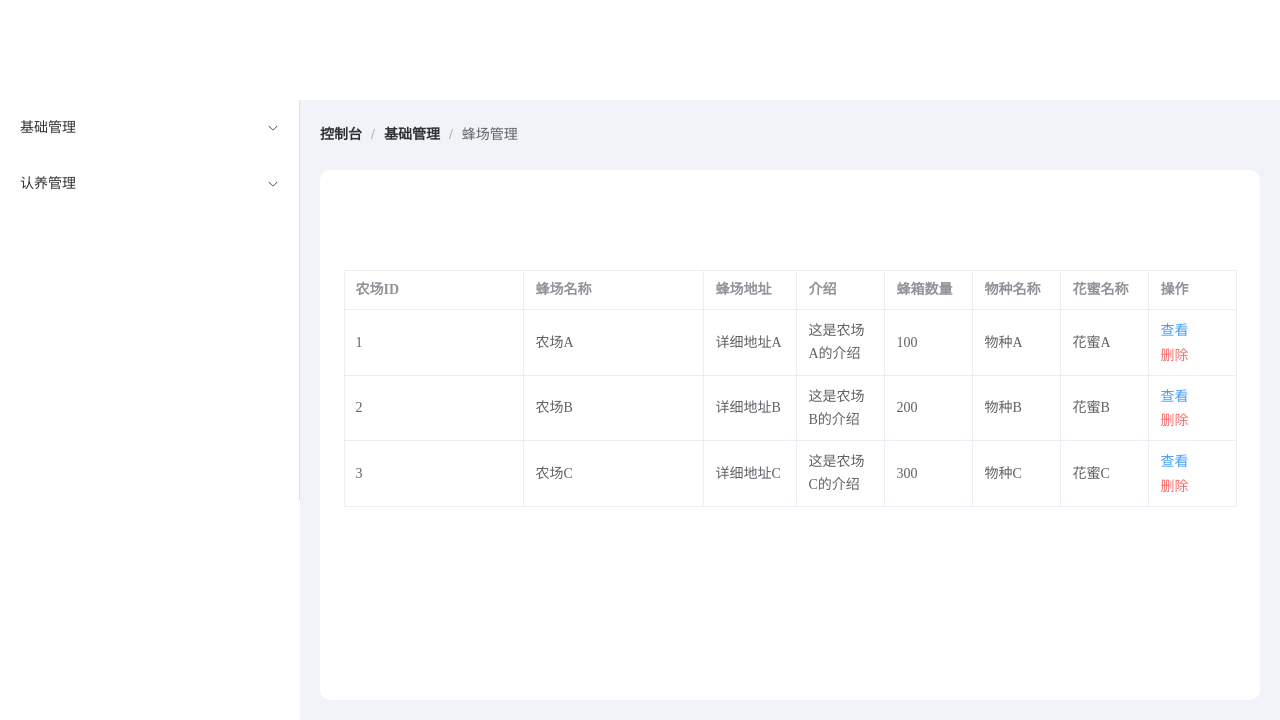
Repository: secret47/test-office-demo
Page: /dashboard/basic/farm
The author's editor kept a copy of each file at every save. The page is drawn from the files as they stood at one save, then again after a run of saves.
The browser window is 1280 px wide. The pictures show the whole page.
The project was rebuilt for these pictures with package versions that can differ from the ones it lists, and the page was loaded fresh each time. Also part of the build but not shown: vite.config.js.

Above is the page before, as saved 2024-10-29 14:00:34.

### src/main.js
import { createApp } from 'vue'
import '@/style/main.scss'
import App from './App.vue'
import router from './router'

import lang from "./local"


import ElementPlus from "element-plus";
import 'element-plus/dist/index.css'
import * as ElementPlusIconsVue from '@element-plus/icons-vue'

const app = createApp(App);

for (const [key, component] of Object.entries(ElementPlusIconsVue)) {
    app.component(key, component)
}

app.use(lang)
app.use(ElementPlus)
app.use(router)
app.mount('#app')

### src/style/main.scss
* {
    padding: 0;
    margin: 0;
}

html,
body {
    width: 100%;
    height: 100%;
    background: #ffffff;
}

#app {
    width: 100%;
    height: 100%;
}

.main-container {
    width: 100%;
    height: 100%;
}

//顶部搜索
.searchBox {
    width: 100%;
    height: 100px;
}
.list{
    width:95%;
    height: calc(100% - 100px);
    margin:0 auto;
}

### src/App.vue
<template>
  <!-- <div> -->
    <router-view />
  <!-- </div> -->
</template>

### src/router/index.js
import { createRouter, createWebHistory } from 'vue-router'
import layouts from "../layouts/index.vue"

const routes = [
    {
        path: '/',
        name: 'Login',
        component: () => import('@/views/login.vue'),
    },
    // 其他路由...
    {
        path: "/dashboard",
        name: "Dashboard",
        component: layouts,
        meta: {
            title: "控制中心"
        },
        children: [
            {
                path: "basic",
                name: "Basic",
                meta: {
                    title: "基础管理"
                },
                component: () => import("@/views/dashboard/basic/index.vue"),
                children: [
                    {
                        path: "farm",
                        name: "farm",
                        meta: {
                            title: "蜂场管理"
                        },
                        component: () => import("@/views/dashboard/basic/farm/index.vue"),
                    }
                ]

            }
        ]
    }
]

const router = createRouter({
    history: createWebHistory(),
    routes
})

export default router

### src/local/index.js
import { createI18n } from "vue-i18n";

import message from "./language"
const i18n = createI18n({
    locale: "zh",
    fallbackLocale: "zh",
    messages: message
})

export default i18n;

### src/layouts/index.vue
<template>
    <div class="layout">
        <el-container>
            <el-aside width="300px" class="side">
                <div class="logo"></div>
                <MenuComponent />
            </el-aside>
            <el-container class="container">
                <el-header>
                    <el-icon @click="toggleCollapse" class="toggle-icon">
                        <i class="toggle-icon-class"></i>
                    </el-icon>
                </el-header>
                <el-main>
                    <div class="bread">
                        <el-breadcrumb separator="/">
                            <el-breadcrumb-item :to="{ path: '/' }">控制台</el-breadcrumb-item>
                            <el-breadcrumb-item><a href="/">基础管理</a></el-breadcrumb-item>
                            <el-breadcrumb-item>蜂场管理</el-breadcrumb-item>
                        </el-breadcrumb>
                    </div>
                    <div class="main">
                        <router-view></router-view>
                    </div>
                </el-main>
            </el-container>
        </el-container>
    </div>
</template>

<script setup>
import MenuComponent from "./components/menu.vue"
import { ref } from 'vue';
const isCollapse = ref(false);
const toggleCollapse = () => {
    isCollapse.value = !isCollapse.value;
};
</script>

<style lang="scss" scoped>
.layout {
    width: 100%;
    height: 100%;

    .el-container {
        width: 100%;
        height: 100%;
    }

    .side {
        height: 100%;

        .logo {
            width: 100%;
            height: 100px;
        }
    }

    .container {
        width: calc(100% - 300px);
        height: 100%;

        .el-header {
            width: 100%;
            height: 100px;
            background: #ffffff;
        }

        .el-main {
            background: #F2F3F8;
            padding-top: 0;
            .bread {
                width: 100%;
                height: 70px;
                display: flex;
                flex-direction: column;
                justify-content: center;
            }

            .main {
                width: 100%;
                height: calc(100% - 70px);
                background: #ffffff;
                border-radius: 10px;
            }
        }
    }
}
</style>

### src/views/dashboard/basic/index.vue
<script setup lang="ts">
import { RouterView } from 'vue-router';
</script>

<template>
    <RouterView></RouterView>
</template>

### src/views/dashboard/basic/farm/index.vue
<template>
    <div class="main-container">
        <div class="searchBox">

        </div>
        <div class="list">
            <el-table border :data="farmList"> <el-table-column prop="farmId" label="农场ID" width="180"></el-table-column>
            <el-table-column prop="farmName" label="蜂场名称" width="180"></el-table-column>
            <el-table-column prop="address" label="蜂场地址"></el-table-column>
            <el-table-column prop="introduce" label="介绍"></el-table-column>
            <el-table-column prop="hiveNums" label="蜂箱数量"></el-table-column>
            <el-table-column prop="speciesName" label="物种名称"></el-table-column>
            <el-table-column prop="nectarName" label="花蜜名称"></el-table-column>
            <el-table-column label="操作">
                <template #default="scope">
                    <el-link type="primary">查看</el-link>
                    &nbsp;
                    <el-link type="danger">删除</el-link>
                </template>
            </el-table-column>
        </el-table>
        </div>
    </div>
</template>
<script setup>
import { ref, reactive } from "vue"

const farmList = reactive([
    {
        farmId: "1",
        farmName: "农场A",
        provice: "省份A",
        city: "城市A",
        district: "区域A",
        address: "详细地址A",
        introduce: "这是农场A的介绍",
        hiveNums: "100",
        speciesName: "物种A",
        nectarName: "花蜜A",
        lng: "123.456",
        lat: "78.910"
    },
    {
        farmId: "2",
        farmName: "农场B",
        provice: "省份B",
        city: "城市B",
        district: "区域B",
        address: "详细地址B",
        introduce: "这是农场B的介绍",
        hiveNums: "200",
        speciesName: "物种B",
        nectarName: "花蜜B",
        lng: "123.457",
        lat: "78.911"
    },
    {
        farmId: "3",
        farmName: "农场C",
        provice: "省份C",
        city: "城市C",
        district: "区域C",
        address: "详细地址C",
        introduce: "这是农场C的介绍",
        hiveNums: "300",
        speciesName: "物种C",
        nectarName: "花蜜C",
        lng: "123.458",
        lat: "78.912"
    }
])

</script>

### src/local/language/index.js
import zh from "./zh"
import en from "./en"

export default {
    ...en,
    ...zh
}

### src/layouts/components/menu.vue
<template>
    <el-menu class="menu">
        <el-sub-menu index="1" :collapse="isCollapse">
            <template #title>基础管理</template>
            <el-menu-item index="1-1">蜂场管理</el-menu-item>
            <el-menu-item index="1-2">蜂箱管理</el-menu-item>
        </el-sub-menu>
        <el-sub-menu index="2">
            <template #title>认养管理</template>
            <el-menu-item index="2-1">认养设置</el-menu-item>
        </el-sub-menu>
    </el-menu>
</template>

<script setup>
import { ref } from 'vue';
const isCollapse = ref(false);
</script>

<style lang="scss" scoped>
.menu:not(.el-menu--collapse) {
    width: 300px;
    min-height: 400px;
}
</style>

### src/local/language/zh.js
export default{
    zh:{
        title:"后台管理系统",
        login:"登录",
        username:"用户名",
        password:"密码",
        remember:"记住密码",
        forget:"忘记密码",
    }
}

### src/local/language/en.js
export default{
    en:{
        title:"system management"
    }
}

Loaded but not shown: index.html (common file)

After the next 2 saves:
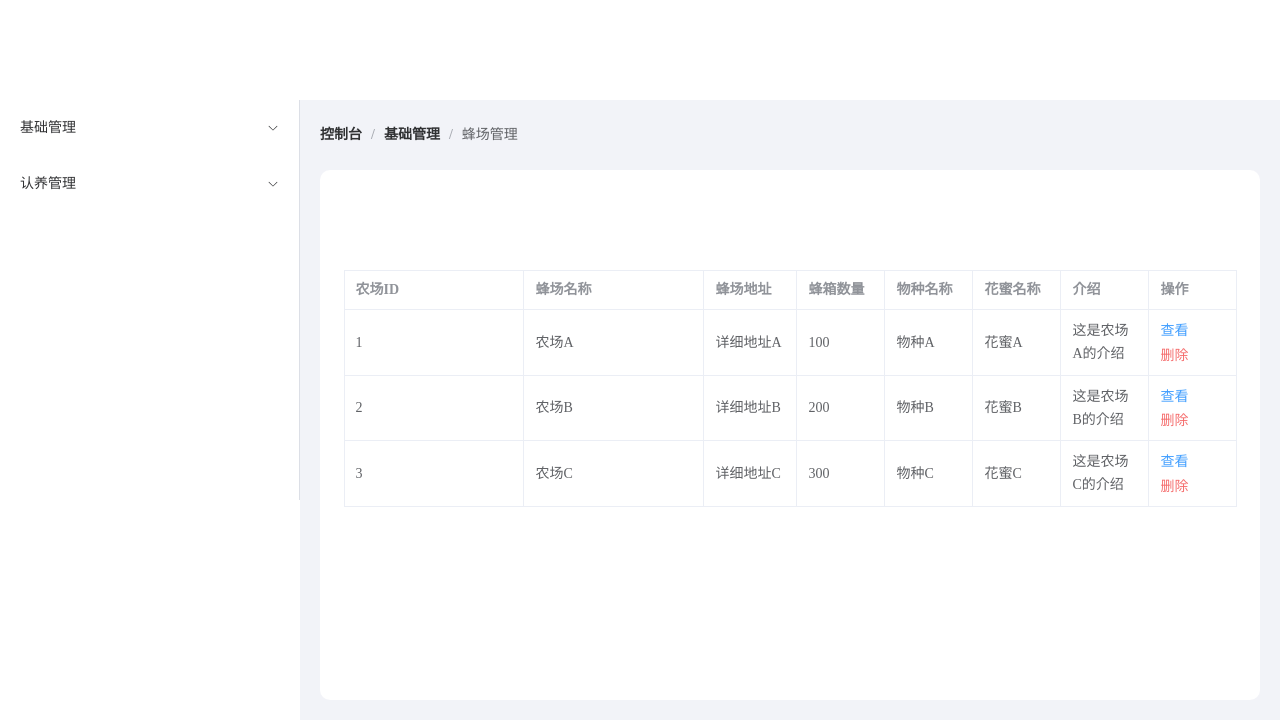
The 2 saves are shown as one change because they came seconds apart.
The last was saved 18 s later.
--- a/src/views/dashboard/basic/farm/index.vue
+++ b/src/views/dashboard/basic/farm/index.vue
@@ -4,21 +4,22 @@
 
         </div>
         <div class="list">
-            <el-table border :data="farmList"> <el-table-column prop="farmId" label="农场ID" width="180"></el-table-column>
-            <el-table-column prop="farmName" label="蜂场名称" width="180"></el-table-column>
-            <el-table-column prop="address" label="蜂场地址"></el-table-column>
-            <el-table-column prop="introduce" label="介绍"></el-table-column>
-            <el-table-column prop="hiveNums" label="蜂箱数量"></el-table-column>
-            <el-table-column prop="speciesName" label="物种名称"></el-table-column>
-            <el-table-column prop="nectarName" label="花蜜名称"></el-table-column>
-            <el-table-column label="操作">
-                <template #default="scope">
-                    <el-link type="primary">查看</el-link>
-                    &nbsp;
-                    <el-link type="danger">删除</el-link>
-                </template>
-            </el-table-column>
-        </el-table>
+            <el-table border :data="farmList"> <el-table-column prop="farmId" label="农场ID"
+                    width="180"></el-table-column>
+                <el-table-column prop="farmName" label="蜂场名称" width="180"></el-table-column>
+                <el-table-column prop="address" label="蜂场地址"></el-table-column>
+                <el-table-column prop="hiveNums" label="蜂箱数量"></el-table-column>
+                <el-table-column prop="speciesName" label="物种名称"></el-table-column>
+                <el-table-column prop="nectarName" label="花蜜名称"></el-table-column>
+                <el-table-column prop="introduce" label="介绍"></el-table-column>
+                <el-table-column label="操作">
+                    <template #default="scope">
+                        <el-link type="primary">查看</el-link>
+                        &nbsp;
+                        <el-link type="danger">删除</el-link>
+                    </template>
+                </el-table-column>
+            </el-table>
         </div>
     </div>
 </template>
